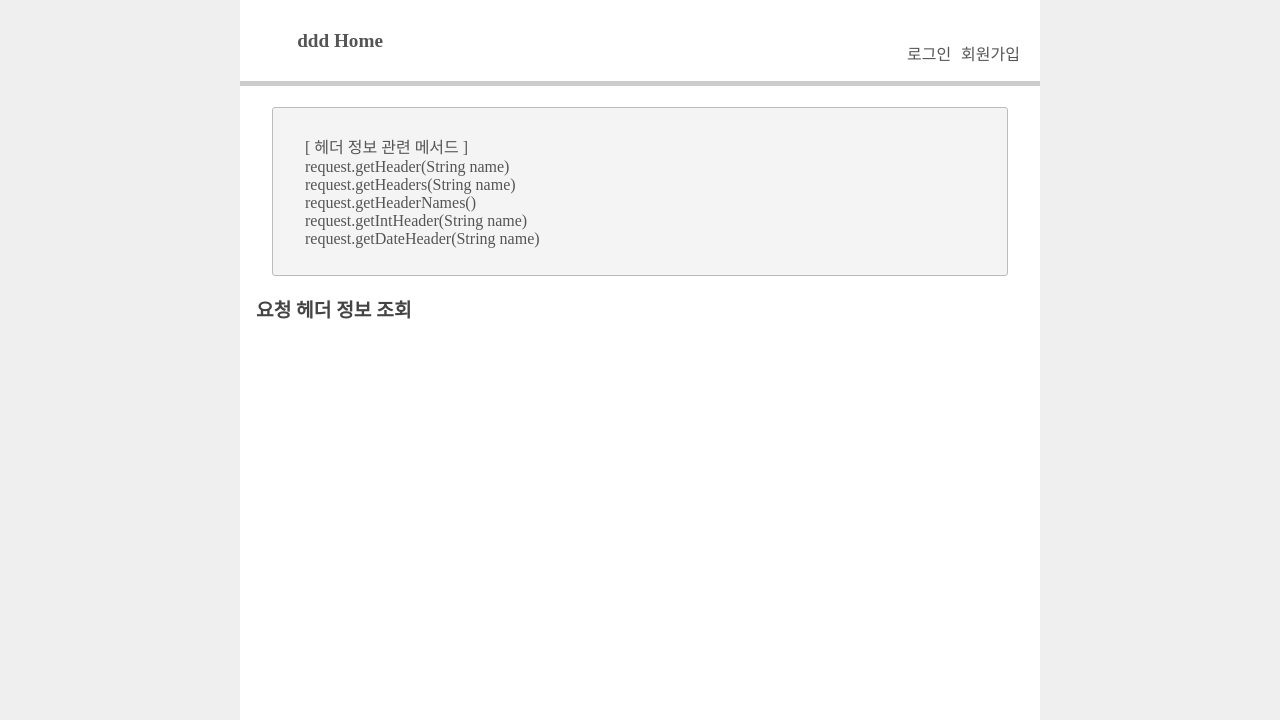
Repository: Deneb0000/JSP
Page: http://localhost/jspPro/days03/ex06.jsp
The author's editor kept a copy of each file at every save. The page is drawn from the files as they stood at one save, then again after a run of saves.
The browser window is 1280 px wide. The pictures show the whole page.
Some web fonts or font styles are not loaded; a fallback is used. The page is served by Tomcat 9.

Above is the page before, as saved 2024-10-17 06:11:07.

After the next 2 saves:
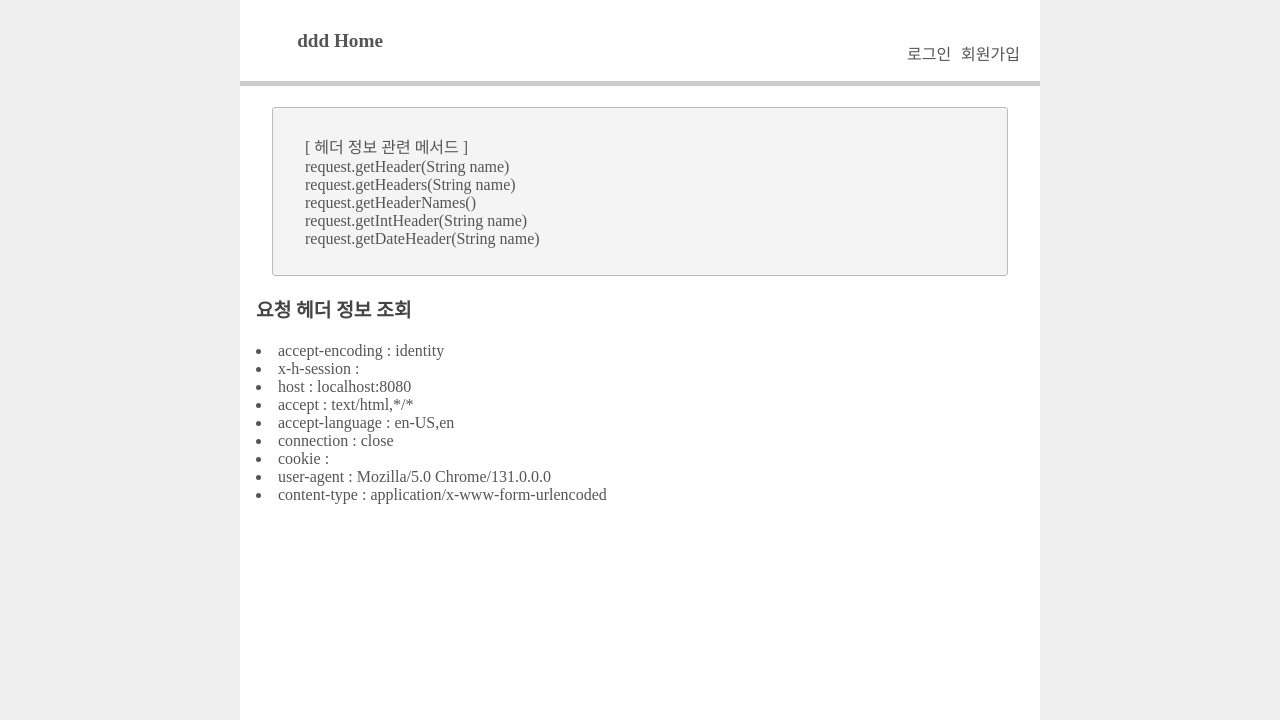
The 2 saves are shown as one change because 1 did not build or start.
The last was saved 50 s later.
--- a/jspPro/src/main/webapp/days03/ex06.jsp
+++ b/jspPro/src/main/webapp/days03/ex06.jsp
@@ -40,6 +40,9 @@
   while(en .hasMoreElements()){
 	String hname = en.nextElement();
 	String hvalue = request.getHeader(hname);
+  %>
+  <li><%= hname %> : <%= hvalue %></li>
+  <%
   }
   %>
 
